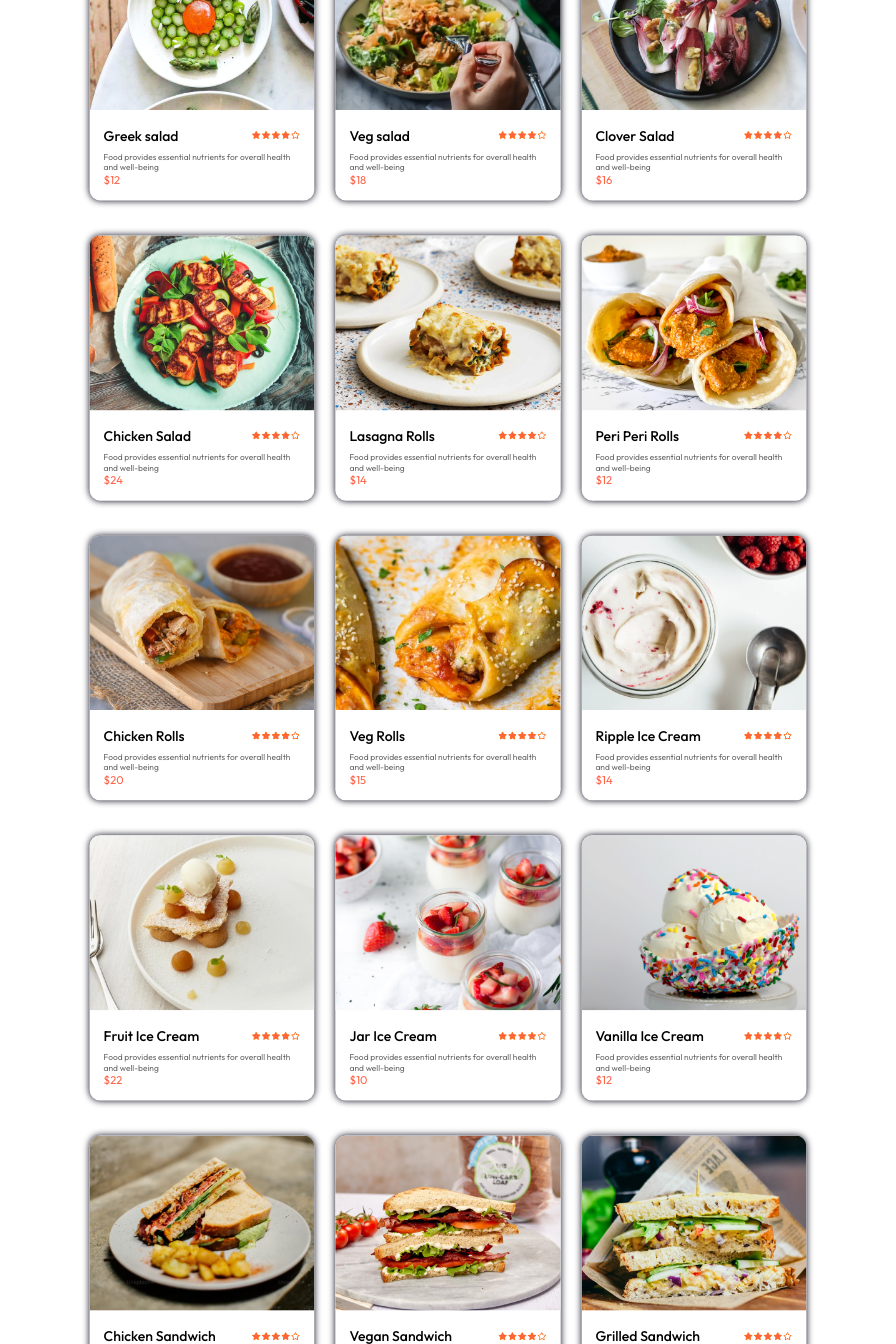
Repository: guilhermecardoso93/tomato-front-end
Page: /
The author's editor kept a copy of each file at every save. The page is drawn from the files as they stood at one save, then again after the next save.
The browser window is 1280 px wide. The pictures show the part of the page from y = 1085 to 3005 px (the page is 5661 px tall before and 5969 px after), at 70% of full size.
The project was rebuilt for these pictures with package versions that can differ from the ones it lists, and the page was loaded fresh each time. Also part of the build but not shown: vite.config.js, src/pages/Cart/styles.css, src/pages/Cart/index.jsx, src/pages/PlaceOrder/styles.css, src/pages/PlaceOrder/index.jsx.

Above is the page before, as saved 2024-10-30 19:38:10.

After the next save:
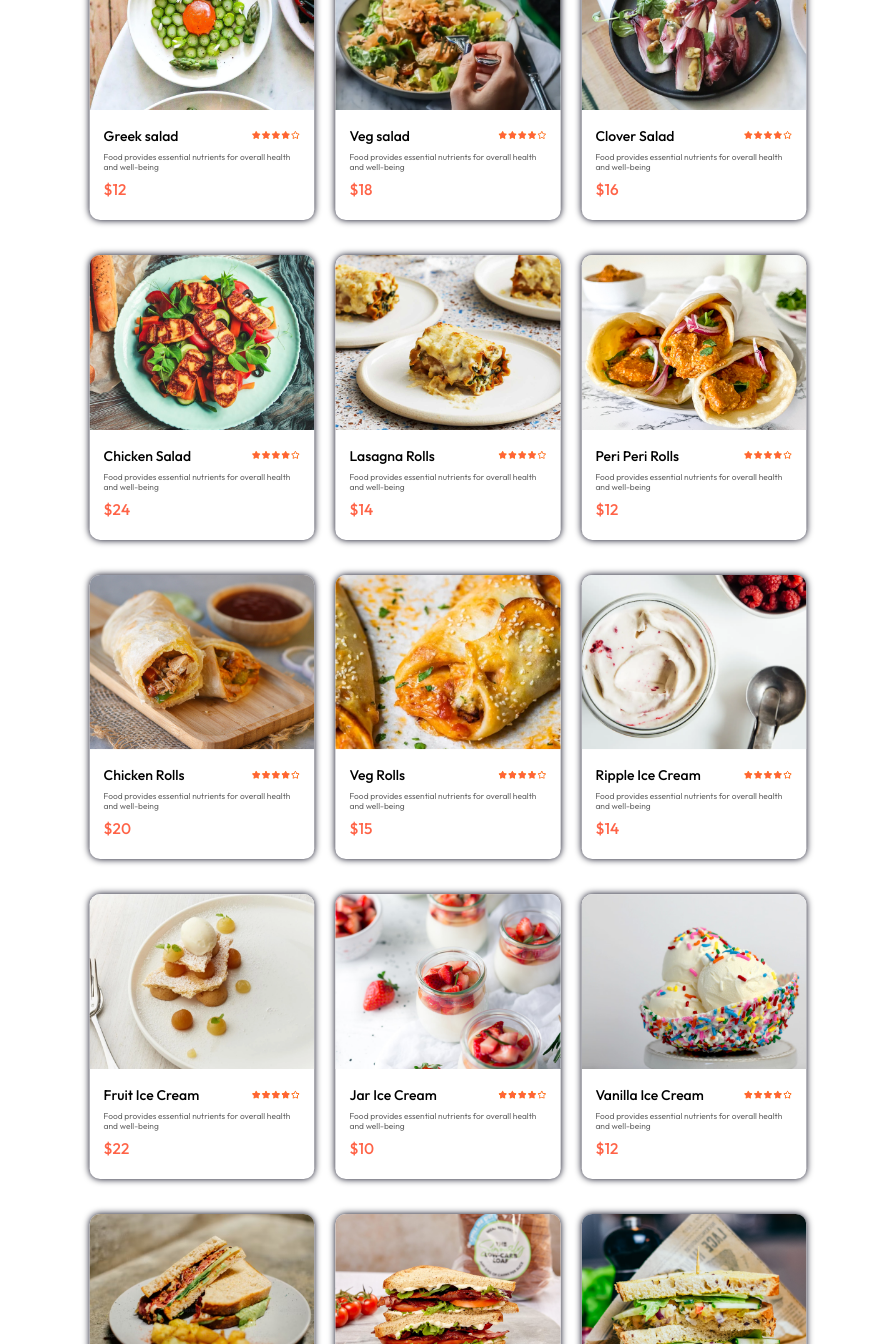
Saved 19 s later.
--- a/src/components/FoodItem/styles.css
+++ b/src/components/FoodItem/styles.css
@@ -39,4 +39,7 @@
 
 .food-item-price {
   color: tomato;
+  font-size: 22px;
+  font-weight: 500;
+  margin: 10px 0;
 }
